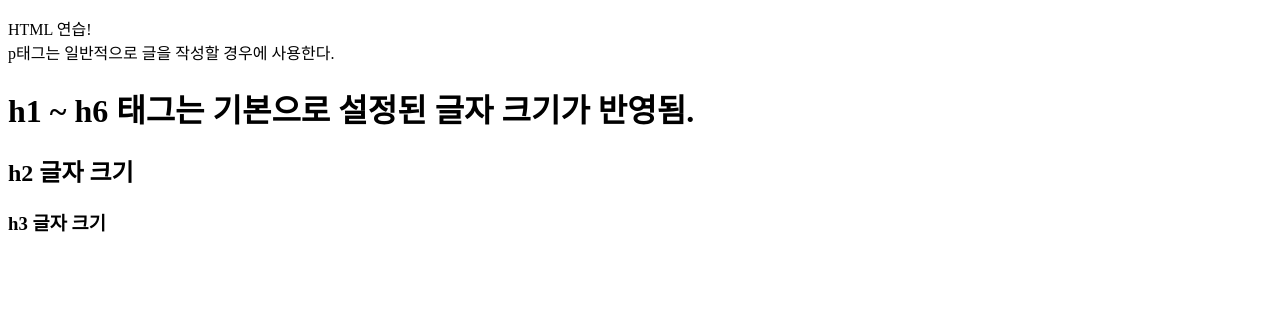
Repository: dongseon0713/myJSP
Page: HTML/src/main/webapp/First.html
The author's editor kept a copy of each file at every save. The page is drawn from the files as they stood at one save, then again after the next save.
The browser window is 1280 px wide. The pictures show the whole page.

Above is the page before, as saved 2022-01-17 08:39:41.

### HTML/src/main/webapp/First.html
<!DOCTYPE html> <!-- 작업 문서가 HTML임을 표시 -->
<html>			<!-- HTML 시작 태그 -->
	<head>		<!-- 현재 페이지에 대한 정보를 선언(메타데이터) -->
	  <meta charset="UTF-8"> <!-- charset속성을 사용하여 utf-8 인코딩 지정 -->
 	  <title>첫번째 HTML입니다.</title> <!-- 페이지 제목 -->
	</head> 	<!-- head 끝 태그 -->

	<body>		<!-- 화면에 보여질 내용을 작성하는 태그 -->
	  <p>		<!-- 문단을 구분하는 태그 -->
	  		HTML 연습!<br> <!-- 문서의 줄바꿈 태그로 사용 -->
	  		p태그는 일반적으로 글을 작성할 경우에 사용한다.
	  </p>

	  <h1> h1 ~ h6 태그는 기본으로 설정된 글자 크기가 반영됨.</h1>
	  <h2> h2 글자 크기</h2>
	  <h3> h3 글자 크기</h3>
	</body>		<!-- body 끝 태그 -->
</html>			<!-- HTML 끝 태그 -->

After the next save:
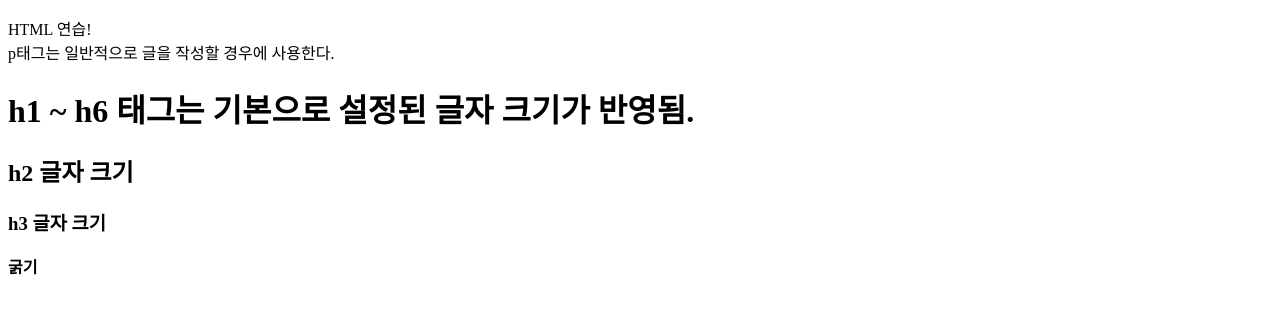
Saved 22 s later.
--- a/HTML/src/main/webapp/First.html
+++ b/HTML/src/main/webapp/First.html
@@ -14,5 +14,7 @@
 	  <h1> h1 ~ h6 태그는 기본으로 설정된 글자 크기가 반영됨.</h1>
 	  <h2> h2 글자 크기</h2>
 	  <h3> h3 글자 크기</h3>
+
+	  <b> 굵기</b>
 	</body>		<!-- body 끝 태그 -->
 </html>			<!-- HTML 끝 태그 -->
